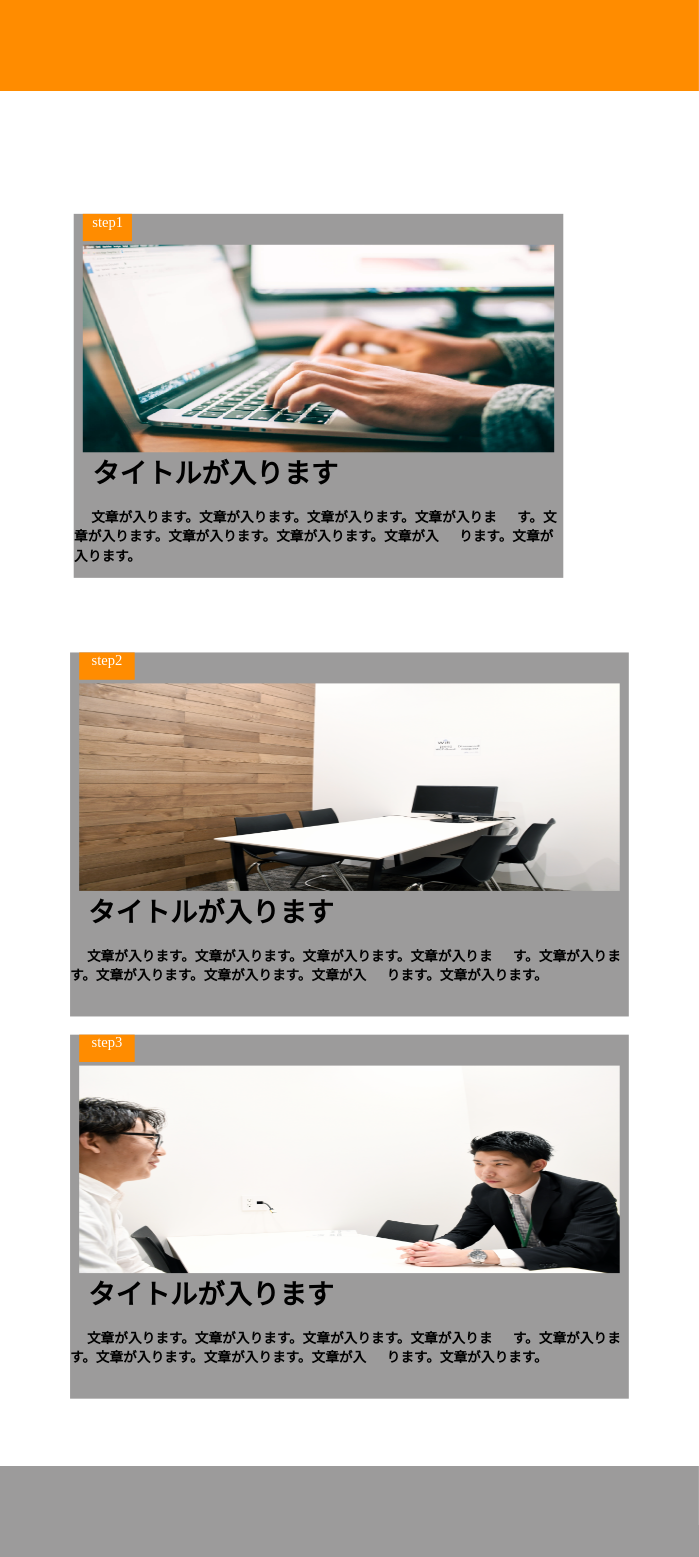
Repository: shiotaryuto/kadai1-10
Page: 課題/課題.html
The author's editor kept a record of every edit. The page is drawn from the files as they stood at one moment, then again after the next edit.
The browser window is 768 px wide. The pictures show the whole page, at 91% of full size.
Some web libraries are served in a nearby version.

Above is the page before.

### 課題/課題.html
<!DOCTYPE html>
<html lang="ja">
  <head>
    <meta charset="UTF-8" />
    <meta name="viewport" content="width=device-width,initial-scale=1.0">
    <script src="https://kit.fontawesome.com/35efbb9d9d.js" crossorigin="anonymous"></script>
    <link rel="stylesheet" href="style.css" />
    <title>課題提出1</title>
  </head>

  <body>
    <header></header>

　<main>
　    <div class="step1">
　      <img class="step1-img" src="img/flow01.png" />
　    <div class="step1-heading">step1</div>
　     <div class="step1-item">
　        <h3 class="step1-text-heading">
　          <p>タイトルが入ります</p><br>
　         文章が入ります。文章が入ります。文章が入ります。文章が入りま
　          す。文章が入ります。文章が入ります。文章が入ります。文章が入
　          ります。文章が入ります。
　          </h2>
　        </h3>
　      </div>
　    </div>

　     <div class="step2">
　      <img class="step2-img" src="img/flow02.png" />
　    <div class="step2-heading">step2</div>
　     <div class="step2-item">
　        <h3 class="step2-text-heading">
　        <p>タイトルが入ります</p><br>
　          文章が入ります。文章が入ります。文章が入ります。文章が入りま
　          す。文章が入ります。文章が入ります。文章が入ります。文章が入
　          ります。文章が入ります。
　          </h2>
　        </h3>
　      </div>
　    </div>

　     <div class="step3">
　      <img class="step3-img" src="img/flow03.png" />
　    <div class="step3-heading">step3</div>
　     <div class="step3-item">
　        <h3 class="step3-text-heading">
　        <p>タイトルが入ります</p><br>
　         文章が入ります。文章が入ります。文章が入ります。文章が入りま
　          す。文章が入ります。文章が入ります。文章が入ります。文章が入
　          ります。文章が入ります。
　          </h2>
　        </h3>
　      </div>
　    </div>
　</main>
　<footer></footer>
  </body>

### 課題/style.css
* {
  margin: 0;
  padding: 0;
  box-sizing: border-box;
  color: #6c6b6b;
}

a{
  text-decoration: none;
}

header{
  width: 100%;
  padding: 50px;
  background-color: #ff8c00;
}

main{
  width: 100%;
  margin-top: 50px;
  margin-bottom: 50px;
}

.step1{
  position: relative;
  display: inline-block;
  width: 25%;
  height: 650px;
text-align: center;
padding: 10px;
  background-color: #9c9b9b;
}
.step1-heading{
  position: absolute;
width: 10%;
height: 30px;
top: 0;
  background-color: #ff8c00;
  color: white;
}

.step1-img{
  width: 100%;
  height: 60%;
}

.step1-item{
 width: 100%;
 left: 0;
}

.step1-text-heading{
  position: absolute;
  text-align: left;
  width: 100%;
  top: 65%;
  left: 0;
  font-size: 19px;
  color: black;
}

.step2{
  position: relative;
  display: inline-block;
  width: 25%;
  height: 650px;
  margin-top: 20px;
text-align: center;
padding: 10px;
  background-color: #9c9b9b;
}

.step2-heading{
  position: absolute;
width: 10%;
height: 30px;
top: 0;
  background-color: #ff8c00;
  color: white;
}

.step2-img{
  width: 100%;
  height: 60%;
}

.step2-item{
 width: 100%;
 left: 0;
}

.step2-text-heading{
  position: absolute;
  text-align: left;
  width: 100%;
  top: 65%;
  left: 0;
  font-size: 19px;
  color: black;
}

.step3{
  position: relative;
  display: inline-block;
  width: 25%;
  height: 650px;
  margin-top: 20px;
text-align: center;
padding: 10px;
  background-color: #9c9b9b;
}

.step3-heading{
  position: absolute;
width: 10%;
height: 30px;
top: 0;
  background-color: #ff8c00;
  color: white;

}

.step3-img{
  width: 100%;
  height: 60%;
}


.step3-item{
 width: 100%;
 left: 0;
}

.step3-text-heading{
  position: absolute;
  text-align: left;
  width: 100%;
  top: 65%;
  left: 0;
  font-size: 19px;
  color: black;
}

p{
  font-size: 30px;
  padding-left: 20px;
  color: black;

}
footer{
  width: 100%;
  padding: 50px;
  background-color: #9c9b9b;
}

@media screen and (max-width:768px){
  header{
    width: 100%;
  }

main{
  width: 100%;
}

.step1{
  width: 70%;
  height: 400px;
  margin: 8%;
}

.step1-text-heading{
  top: 60%;
  font-size: 15px;
}

.step2{
  width: 80%;
  height: 400px;
  margin-left: 10%;
  margin-top: 20px;
}

.step2-text-heading{
  top: 60%;
  font-size: 15px;
}

.step3{
  width: 80%;
  height: 400px;
  margin-left: 10%;
}

.step3-text-heading{
  top: 60%;
  font-size: 15px;
}

footer{
  width: 100%;
}

After the next edit:
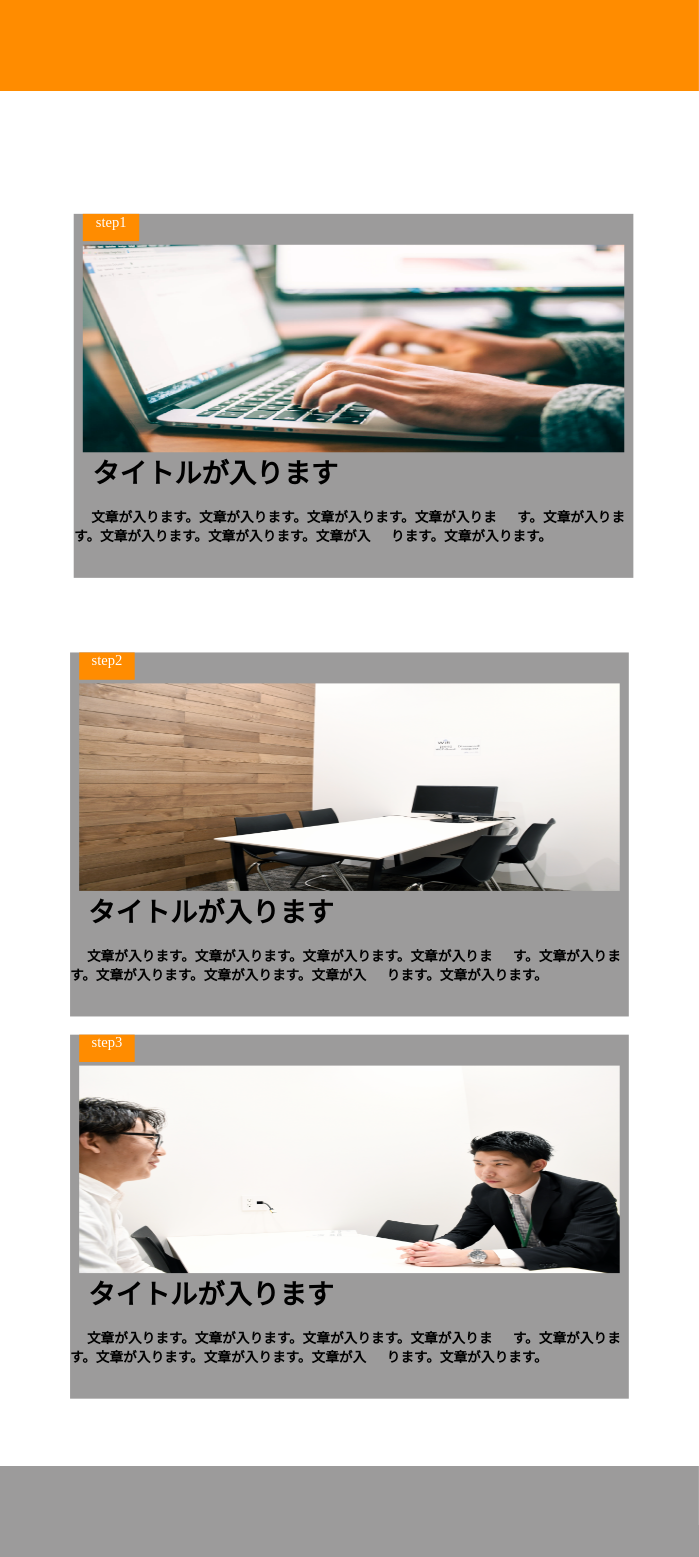
The edit:
--- a/課題/style.css
+++ b/課題/style.css
@@ -163,7 +163,7 @@
 }
 
 .step1{
-  width: 70%;
+  width: 80%;
   height: 400px;
   margin: 8%;
 }
